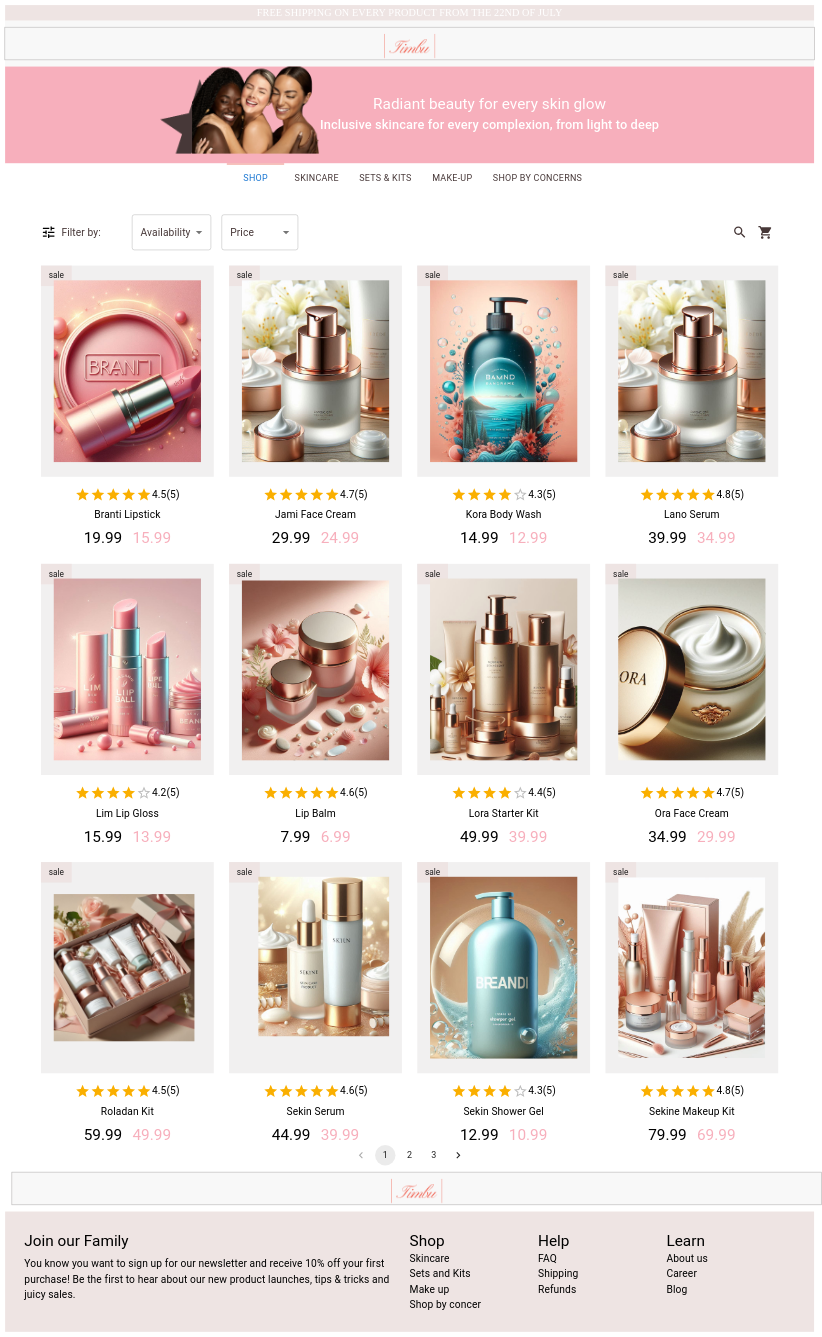
Repository: Armstrong2035/hng-project-two
Page: / (app in timbu-store/)
The author's editor kept a copy of each file at every save. The page is drawn from the files as they stood at one save, then again after the next save.
The browser window is 1280 px wide. The page is 1284 px wide, so the pictures cover 1284 px, including what lies to the right of the window. The pictures show the whole page, at 64% of full size.
The project was rebuilt for these pictures with package versions that can differ from the ones it lists, and the page was loaded fresh each time. The framework's server and built-in components were replaced by stand-ins that run in the browser. Also part of the build but not shown: timbu-store/next.config.mjs, timbu-store/src/app/fonts.css.

Above is the page before, as saved 2024-07-10 01:02:04.

### timbu-store/src/app/layout.js
"use client";

import "./fonts.css";
import { Html, Main, NextScript } from "next/document";
import Head from "next/head";

const metadata = {
  title: "Timbu Store",
  description: "We sell beauty",
};

export default function RootLayout({ children }) {
  return (
    <>
      <html>
        <Head>
          <title>{metadata.title}</title>
          <meta name="description" content={metadata.description} />
        </Head>
        <body>{children}</body>
      </html>
    </>
  );
}

### timbu-store/src/app/page.js
"use client";

import ProductList from "../../components/Products/ProductList";
import { Container, Box, Grid } from "@mui/material";
import Header from "../../components/header/Header";
import Footer from "../../components/footer/Footer";
import Filters from "../../components/Products/Filters";

export default function Home() {
  return (
    <>
      <Grid>
        <Grid item sm={12}>
          <Header />
        </Grid>

        <Grid item>
          <Box sx={{ mt: 4 }}>
            <ProductList />
          </Box>
        </Grid>
        <Grid item>
          <Footer />
        </Grid>
      </Grid>
    </>
  );
}

### timbu-store/components/Products/ProductList.js
"use client";
import { inventory } from "@/products";
import {
  Box,
  Grid,
  Container,
  Stack,
  Card,
  CardContent,
  CardHeader,
  CardMedia,
  Typography,
  Rating,
  CardActionArea,
  Button,
  Chip,
  Pagination,
} from "@mui/material";
import Image from "next/image";
import useStore from "@/store/store";
import React from "react";
import Link from "next/link";
import Filters from "./Filters";
import { useTheme } from "@mui/material/styles";
import useMediaQuery from "@mui/material/useMediaQuery";
import FiltersMobile from "./FiltersMobile";

export default function ProductList() {
  const addToCart = useStore((state) => state.addToCart);
  const cart = useStore((state) => state.cart);

  const theme = useTheme();
  const isDesktop = useMediaQuery(theme.breakpoints.up("lg"));

  //   console.log(cart);
  return (
    <Container>
      <Stack alignItems={"center"}>
        {/* <FiltersMobile /> */}
        {/* {!isDesktop && <FiltersMobile />} */}
        <Grid container spacing={3} direction={"column"}>
          {isDesktop && (
            <Grid item lg={12}>
              <Filters />
            </Grid>
          )}

          <Grid item xs={12} sm={6} md={4} lg={3}>
            <Grid container spacing={3}>
              {inventory.map((product, index) => (
                <Grid item xs={12} sm={12} md={4} lg={3}>
                  <Stack direction={"column"} spacing={2}>
                    <Link
                      href={`/product/${encodeURIComponent(
                        product.productName
                      )}`}
                    >
                      <Box
                        sx={{
                          flex: 1,
                          display: "flex",
                          alignItems: "center",
                          justifyContent: "center",
                          backgroundColor: "#F1F0F0",
                          position: "relative",
                          "&:hover .add-to-cart": {
                            opacity: 1,
                          },

                          "&:hover": {
                            backgroundColor: "#E6DFDF",
                          },

                          // width: "260px",
                          height: "290px",
                          padding: "20px 20px",
                        }}
                        elevation={"none"}
                      >
                        <Chip
                          label={"sale"}
                          sx={{
                            position: "absolute",
                            top: "0",
                            left: "0",
                            borderRadius: "0",
                            backgroundColor: "#EEE4E3",
                          }}
                        />

                        <div
                          style={{
                            width: "100%",
                            height: "100%",
                            position: "relative",
                            padding: "10px",
                          }}
                        >
                          <Image
                            src={product.imageUrl}
                            alt={product.productName}
                            layout="fill"
                            objectFit="contain"
                          />
                        </div>

                        <Box
                          className="add-to-cart"
                          sx={{
                            backgroundColor: "#ED8174",
                            color: "white",
                            position: "absolute",
                            bottom: 0,
                            width: "100%",
                            height: "50px",
                            display: "flex",
                            justifyContent: "center",
                            alignItems: "center",
                            opacity: 0,
                            transition: "opacity 0.3s",
                            cursor: "pointer",
                            "&:hover": {
                              backgroundColor: "#C9675B",
                            },
                          }}
                          onClick={(e) => {
                            e.stopPropagation(); // Prevent event from bubbling up to the Link
                            e.preventDefault(); // Prevent the default link behavior
                            addToCart(product);
                          }}
                        >
                          Add To Cart
                        </Box>
                      </Box>
                    </Link>

                    <Box>
                      <Stack spacing={1} alignItems={"center"}>
                        <Stack direction={"row"}>
                          <Rating
                            name="read-only"
                            value={product.rating}
                            readOnly
                          />
                          <Typography>{`${product.rating}(5)`}</Typography>
                        </Stack>
                        <Typography>{`${product.productName}`}</Typography>
                        <Stack spacing={2} direction={"row"}>
                          <Typography
                            variant={"h5"}
                          >{`${product.price}`}</Typography>

                          <Typography
                            variant={"h5"}
                            sx={{ color: "#F7AFBC" }}
                          >{`${product.discountPrice}`}</Typography>
                        </Stack>
                      </Stack>
                    </Box>
                  </Stack>
                </Grid>
              ))}
            </Grid>
          </Grid>
        </Grid>
        <Pagination count={3} />
      </Stack>
    </Container>
  );
}

### timbu-store/components/header/Header.js
"use client";
import { AppBar, Typography, Box, Stack } from "@mui/material";
import React from "react";
import Image from "next/image";
import Group1 from "../../public/utility-images/Group1.png";
import TimbuStore from "./TimbuStore";
import Promotion from "./Promotion";
import SimpleTabs from "./NavBar";
import Filters from "../Products/Filters";
import { useTheme } from "@mui/material/styles";
import useMediaQuery from "@mui/material/useMediaQuery";
import FiltersMobile from "../Products/FiltersMobile";

export default function Header() {
  const theme = useTheme();
  const isDesktop = useMediaQuery(theme.breakpoints.up("lg"));

  return (
    <>
      <Stack alignItems={"center"}>
        <AppBar
          elevation={"none"}
          sx={{
            backgroundColor: "#F8F8F8",
            position: "relative",
            width: "100%",
          }}
        >
          <Stack alignItems={"center"}>
            <Promotion />
            <TimbuStore />
            <Stack
              alignItems={"center"}
              textAlign={"center"}
              direction={isDesktop ? "row" : "column-reverse"}
              justifyContent={"center"}
              sx={{ backgroundColor: "#F7AFBC", width: "100%" }}
            >
              <Box sx={{ width: "250.08px", height: "150.77px" }}>
                <Image
                  src={Group1}
                  alt={"group of women"}
                  layout="responsive"
                  width={100}
                  height={100}
                  objectFit="contain"
                />
              </Box>
              <Box>
                <Typography variant={"h5"}>
                  Radiant beauty for every skin glow
                </Typography>
                <Typography variant={"h6"}>
                  Inclusive skincare for every complexion, from light to deep
                </Typography>
              </Box>
            </Stack>
          </Stack>
        </AppBar>

        {!isDesktop && (
          <Box sx={{ alignSelf: "flex-start" }}>
            <FiltersMobile />
          </Box>
        )}

        {isDesktop && <SimpleTabs />}
      </Stack>
    </>
  );
}

### timbu-store/components/footer/Footer.js
import React from "react";
import {
  Container,
  Grid,
  Typography,
  TextField,
  Button,
  AppBar,
  Toolbar,
  Box,
  Stack,
} from "@mui/material";
import TimbuStore from "../header/TimbuStore";
import { useTheme } from "@mui/material/styles";
import useMediaQuery from "@mui/material/useMediaQuery";

function Footer() {
  const theme = useTheme();
  const isDesktop = useMediaQuery(theme.breakpoints.up("lg"));
  return (
    <>
      <TimbuStore />
      <Box
        sx={{
          inTop: "2rem",
          backgroundColor: "#EEE4E3",
          padding: "30px",
        }}
      >
        <Grid container>
          <Grid item sm={12} lg={6}>
            <Stack>
              <Typography variant="h5" gutterBottom>
                Join our Family
              </Typography>
              <Typography variant="body1" paragraph>
                You know you want to sign up for our newsletter and receive 10%
                off your first purchase! Be the first to hear about our new
                product launches, tips & tricks and juicy sales.
              </Typography>
            </Stack>
          </Grid>

          <Grid item sm={12} lg={6}>
            <Grid container direction={isDesktop ? "row" : "column"}>
              <Grid item sm={12} lg={4}>
                <Stack>
                  <Typography variant={"h5"}>Shop</Typography>
                  <Typography>Skincare</Typography>
                  <Typography>Sets and Kits</Typography>
                  <Typography>Make up</Typography>
                  <Typography>Shop by concer</Typography>
                </Stack>
              </Grid>
              <Grid item sm={12} lg={4}>
                <Stack>
                  <Typography variant={"h5"}>Help</Typography>
                  <Typography>FAQ</Typography>
                  <Typography>Shipping</Typography>
                  <Typography>Refunds</Typography>
                </Stack>
              </Grid>
              <Grid item sm={12} lg={4}>
                <Stack>
                  <Typography variant={"h5"}>Learn</Typography>
                  <Typography>About us</Typography>
                  <Typography>Career</Typography>
                  <Typography>Blog</Typography>
                </Stack>
              </Grid>
            </Grid>
          </Grid>
        </Grid>
      </Box>
    </>
  );
}

export default Footer;

### timbu-store/components/Products/Filters.js
import React from "react";
import Link from "next/link";
import {
  Box,
  Select,
  MenuItem,
  IconButton,
  Typography,
  Stack,
  Icon,
} from "@mui/material";
import TuneIcon from "@mui/icons-material/Tune";
import SearchIcon from "@mui/icons-material/Search";
import ShoppingCartIcon from "@mui/icons-material/ShoppingCart";

export default function Filters() {
  const [availability, setAvailability] = React.useState("");
  const [price, setPrice] = React.useState("");

  const handleAvailabilityChange = (event) => {
    setAvailability(event.target.value);
  };

  const handlePriceChange = (event) => {
    setPrice(event.target.value);
  };

  return (
    <Box
      sx={{
        display: "flex",
        justifyContent: "space-between",
        alignItems: "center",

        width: "100%",
      }}
    >
      <Stack direction={"row"} alignItems={"center"} spacing={6}>
        <Stack direction={"row"} spacing={1}>
          <Icon>
            <TuneIcon />
          </Icon>

          <Typography variant="body1" sx={{ color: "#473838" }}>
            Filter by:
          </Typography>
        </Stack>

        <Box sx={{ display: "flex", gap: 2 }}>
          <Select
            value={availability}
            onChange={handleAvailabilityChange}
            displayEmpty
            sx={{ minWidth: 120, color: "#473838" }}
          >
            <MenuItem value="" disabled>
              Availability
            </MenuItem>
            <MenuItem value="inStock">In Stock</MenuItem>
            <MenuItem value="outOfStock">Out of Stock</MenuItem>
          </Select>
          <Select
            value={price}
            onChange={handlePriceChange}
            displayEmpty
            sx={{ minWidth: 120, color: "#473838" }}
          >
            <MenuItem value="" disabled>
              Price
            </MenuItem>
            <MenuItem value="lowToHigh">Low to High</MenuItem>
            <MenuItem value="highToLow">High to Low</MenuItem>
          </Select>
        </Box>
      </Stack>
      <Box>
        <IconButton>
          <SearchIcon sx={{ color: "#473838" }} />
        </IconButton>
        <Link href={"/cart"}>
          <IconButton>
            <ShoppingCartIcon sx={{ color: "#473838" }} />
          </IconButton>
        </Link>
      </Box>
    </Box>
  );
}

### timbu-store/src/store/store.js
import { create } from "zustand";
import { persist } from "zustand/middleware";

const useStore = create(
  (set) => ({
    cart: [],
    addToCart: (item) => set((state) => ({ cart: [...state.cart, item] })),
  }),
  {
    name: "cart-storage",
  }
);

export default useStore;

### timbu-store/components/Products/FiltersMobile.js
import React, { useState } from "react";
import { Menu, Typography, Popover, Stack } from "@mui/material";
import { IconButton } from "@mui/material";
import MenuIcon from "@mui/icons-material/Menu";

const FiltersMobile = () => {
  const [anchorEl, setAnchorEl] = useState(null);

  const handleClick = (event) => {
    setAnchorEl(event.currentTarget);
  };

  const handleClose = () => {
    setAnchorEl(null);
  };

  return (
    <>
      <IconButton
        onClick={handleClick}
        sx={{
          p: 0,
          ...(Boolean(anchorEl) && {
            "&:before": {
              zIndex: 1,
              content: "''",
              width: "100%",
              height: "100%",
              borderRadius: "50%",
              position: "absolute",
            },
          }),
        }}
      >
        <MenuIcon />
      </IconButton>
      <Popover
        open={Boolean(anchorEl)}
        anchorEl={anchorEl}
        onClose={handleClose}
        anchorOrigin={{
          vertical: "bottom",
          horizontal: "left",
        }}
      >
        <Stack spacing={1} direction={"column"}>
          <Typography>Shop all</Typography>
          <Typography>Skin care</Typography>
          <Typography>Sets and kits</Typography>
          <Typography>Make ups</Typography>
          <Typography>Shop by concern</Typography>
        </Stack>
      </Popover>
    </>
  );
};

export default FiltersMobile;

### timbu-store/components/header/TimbuStore.js
"use client";

import Image from "next/image";
import Timbu from "../../public/utility-images/Timbu.png";
import Link from "next/link";

export default function TimbuStore() {
  return (
    <div
      style={{
        width: "100%",
        backgroundColor: "#F8F8F8",
        display: "flex",
        justifyContent: "center",
        alignItems: "center",
        padding: "10px 0",
        border: "1px solid #BCBABA",
        margin: "10px",
      }}
    >
      <Link href={"/"}>
        <div style={{ width: "80px", height: "30px" }}>
          <Image
            src={Timbu}
            alt={"timbu store logo"}
            layout="responsive"
            width={50}
            height={50}
            objectFit="contain"
          />
        </div>
      </Link>
    </div>
  );
}

### timbu-store/components/header/Promotion.js
"use client";

import { Typography, Box } from "@mui/material";
import React from "react";

export default function Promotion() {
  return (
    <>
      <Box
        sx={{
          display: "flex",
          alignItems: "center",
          justifyContent: "center",
          width: "100%",
          backgroundColor: "#EEE4E3",
          padding: "15px, 0",
        }}
      >
        <Typography sx={{ fontFamily: "kanit-regular" }}>
          FREE SHIPPING ON EVERY PRODUCT FROM THE 22ND OF JULY
        </Typography>
      </Box>
    </>
  );
}

### timbu-store/components/header/NavBar.js
import React, { useState } from "react";
import { Tabs, Tab, Typography, Box } from "@mui/material";

function TabPanel(props) {
  const { children, value, index, ...other } = props;

  return (
    <div
      role="tabpanel"
      hidden={value !== index}
      id={`simple-tabpanel-${index}`}
      aria-labelledby={`simple-tab-${index}`}
      {...other}
    >
      {value === index && <Typography>{children}</Typography>}
    </div>
  );
}

export default function SimpleTabs() {
  const [value, setValue] = useState(0);

  const handleChange = (event, newValue) => {
    setValue(newValue);
  };

  return (
    <Box>
      <Tabs
        value={value}
        onChange={handleChange}
        TabIndicatorProps={{
          style: {
            top: 0,
            bottom: "auto",
            backgroundColor: "#ED8174",
          },
        }}
        sx={{
          "& .MuiTab-root": {
            fontWeight: "normal",
          },
          "& .Mui-selected": {
            color: "#473838",
            fontWeight: "normal",
          },
        }}
      >
        <Tab
          label="Shop"
          sx={{
            color: " #473838",
            fontWeight: "normal",
          }}
        />
        <Tab
          label="Skincare"
          sx={{
            color: " #473838",
            fontWeight: "normal",
          }}
        />
        <Tab
          label="Sets & Kits"
          sx={{
            color: " #473838",
            fontWeight: "normal",
          }}
        />
        <Tab
          label="Make-up"
          sx={{
            color: " #473838",
            fontWeight: "normal",
          }}
        />
        <Tab
          label="Shop by Concerns"
          sx={{
            color: " #473838",
            fontWeight: "normal",
          }}
        />
      </Tabs>
    </Box>
  );
}

Loaded but not shown: timbu-store/src/products.js (254 lines, source omitted)

After the next save:
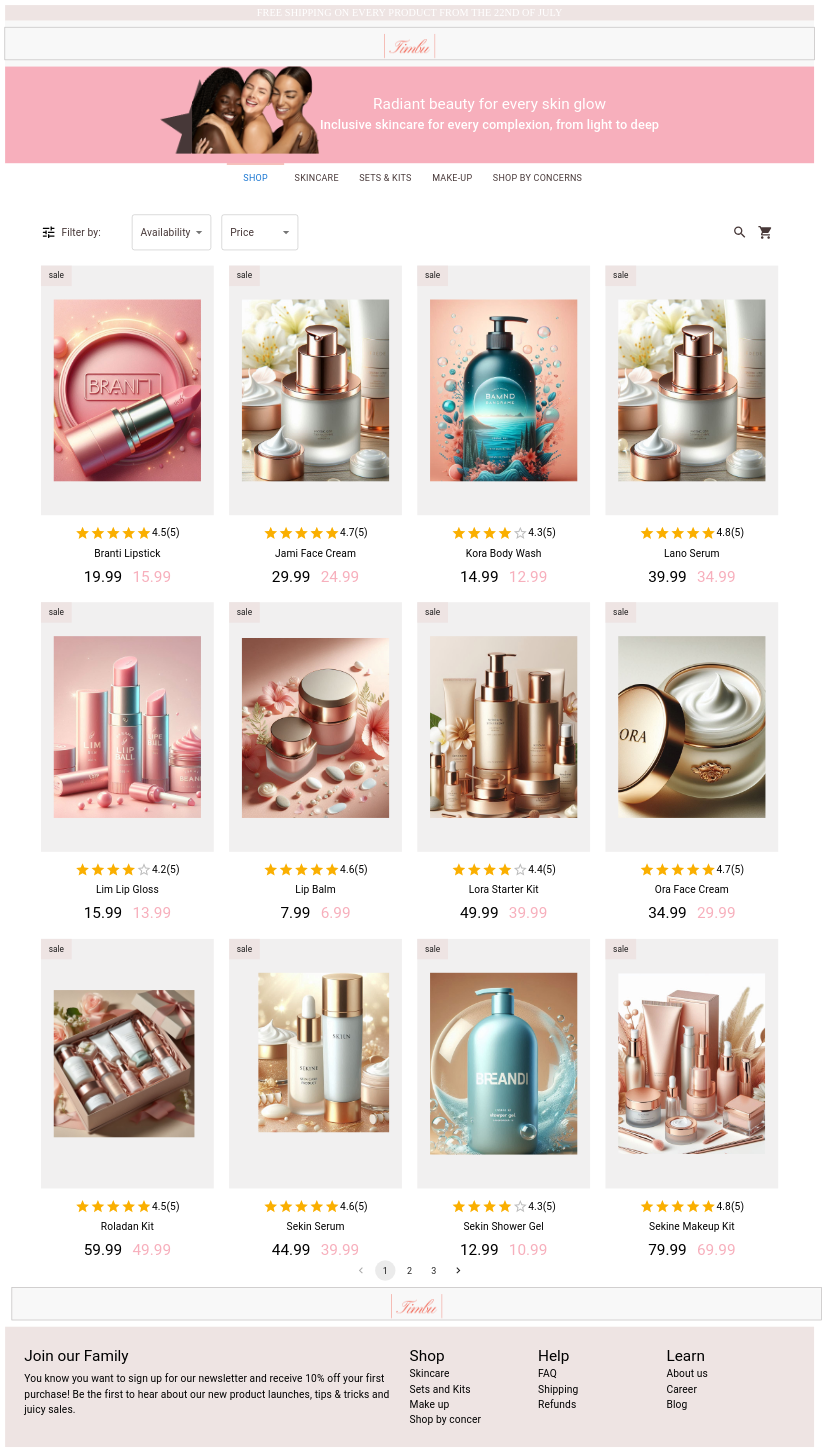
Saved 11 s later.
--- a/timbu-store/components/Products/ProductList.js
+++ b/timbu-store/components/Products/ProductList.js
@@ -73,7 +73,7 @@ export default function ProductList() {
 
                           // width: "260px",
                           height: "290px",
-                          padding: "20px 20px",
+                          padding: "50px 20px",
                         }}
                         elevation={"none"}
                       >
